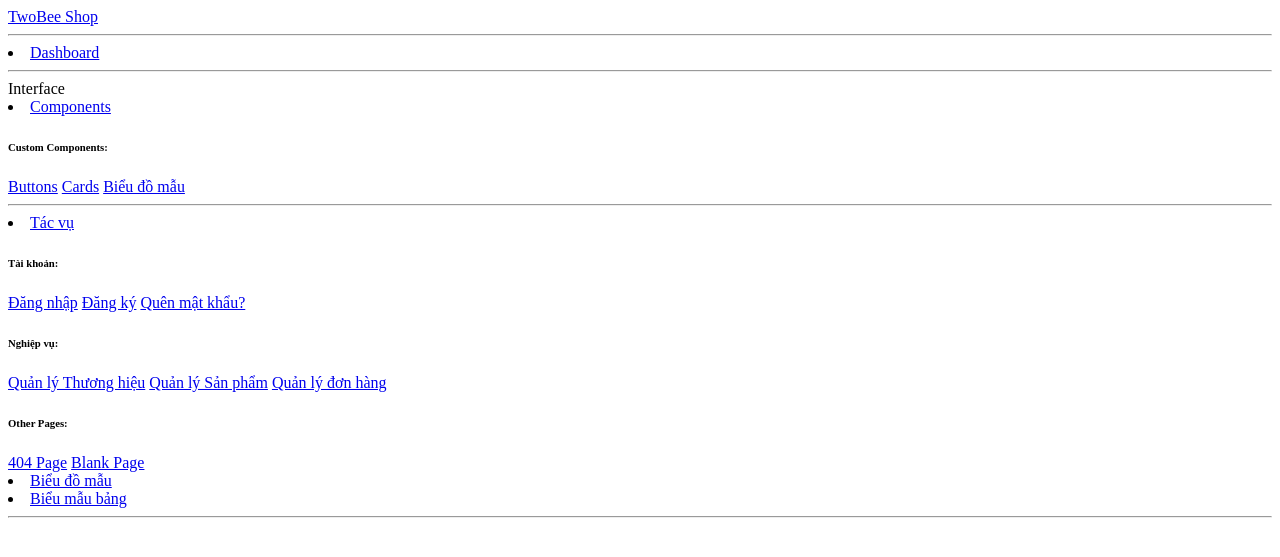
Repository: tuandh111/Java-6-asm
Page: Front-end/Java6_asm_/component/admin/sidebar.html
These files come from the project's save history. The page is drawn as it stood at one moment and after the next save; the edit follows.
The browser window is 1280 px wide. The pictures show the whole page.

Above is the page before, as saved 2024-03-30 19:46:00.

After the next save:
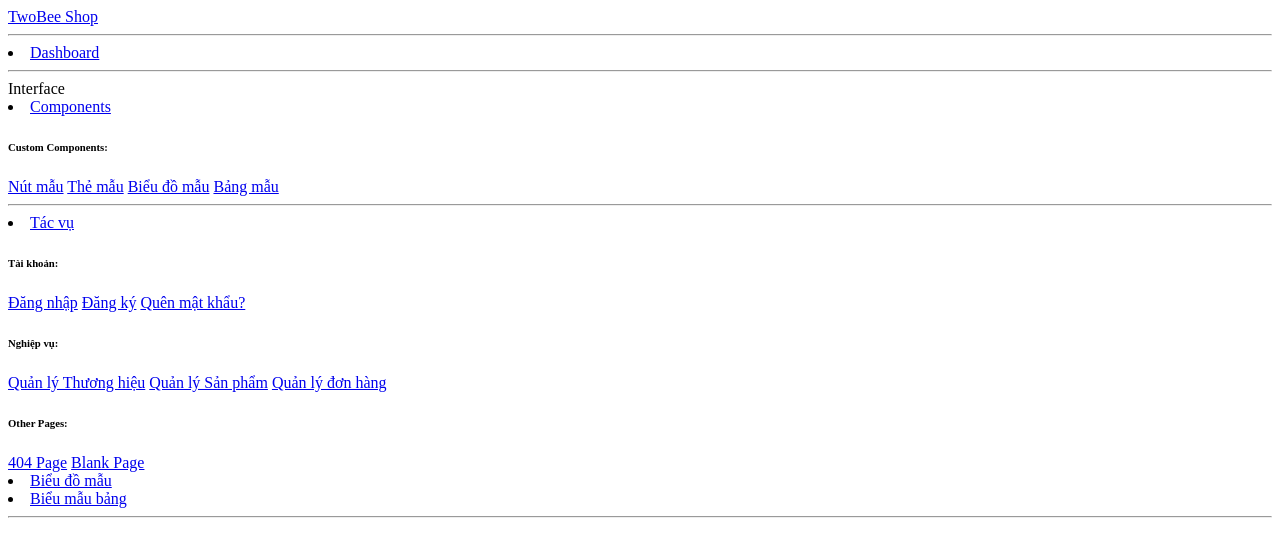
Saved 64 s later.
--- a/Front-end/Java6_asm_/component/admin/sidebar.html
+++ b/Front-end/Java6_asm_/component/admin/sidebar.html
@@ -37,9 +37,10 @@
     <div id="collapseTwo" class="collapse" aria-labelledby="headingTwo" data-parent="#accordionSidebar">
         <div class="bg-white py-2 collapse-inner rounded">
             <h6 class="collapse-header">Custom Components:</h6>
-            <a class="collapse-item" href="#!/admin/buttons">Buttons</a>
-            <a class="collapse-item" href="#!/admin/cards">Cards</a>
+            <a class="collapse-item" href="#!/admin/buttons">Nút mẫu</a>
+            <a class="collapse-item" href="#!/admin/cards">Thẻ mẫu</a>
             <a class="collapse-item" href="#!/admin/charts">Biểu đồ mẫu</a>
+            <a class="collapse-item" href="#!/admin/tables">Bảng mẫu</a>
         </div>
     </div>
 </li>
